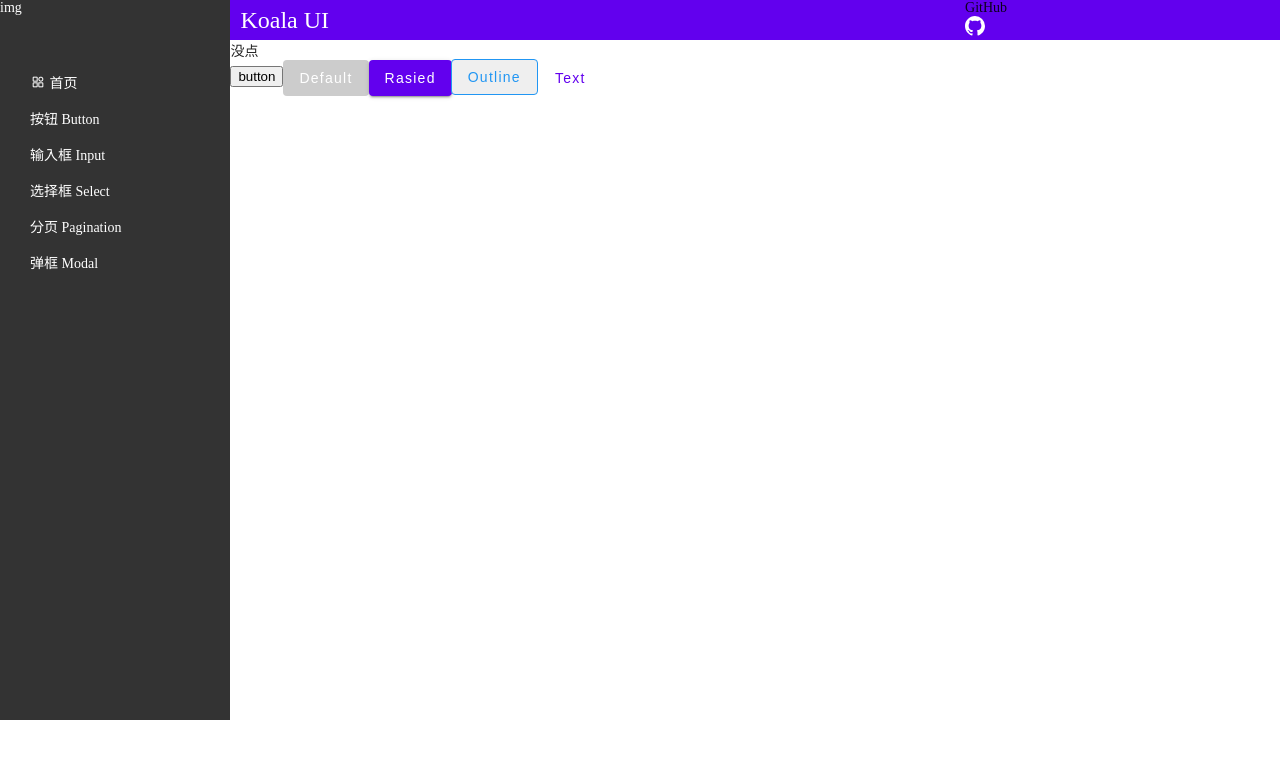
Repository: wyhsunflower/koalaUI
Page: /
These files come from the project's save history. The page is drawn as it stood at one moment and after the next save; the edit follows.
The browser window is 1280 px wide. The pictures show the whole page.
The project was rebuilt for these pictures with package versions that can differ from the ones it lists, and the page was loaded fresh each time. Also part of the build but not shown: webpack.config.js, src/components/Modal/Modal.vue. Imported but missing from the stored project, and not drawn on this page: src/views/go/go2.vue.

Above is the page before, as saved 2020-03-15 21:38:46.

### index.html
<!DOCTYPE html>
<html lang="en">
<head>
    <meta charset="UTF-8">
    <title>koala's UI</title>
</head>
<body>
<div id="app"></div>
</body>
</html>

### src/index.js
import Vue from 'vue';
import App from './app';
import './components/components.js'
import './styles/global.scss';
import './styles/iconfont/icon.scss'
import router from './router/route';


new Vue({
    router,
    render(h) {
        return h(App);
    }
}).$mount('#app');

### src/app.vue
<template>
    <div id="app" class="container">
        <SideBar></SideBar>
        <div class="right">
            <Header></Header>
            <div class="main">
                <transition>
                 <router-view></router-view>
                </transition>
            </div>
        </div>
    </div>
</template>
<script>
    import SideBar from './SideBar';
    import Header from './Header';
    export default {
        name: "app",
        components:{
            SideBar,
            Header
        },
    }
</script>

<style lang="scss" scoped>
    @import "styles/global";
    .container{
        width: 100%;
        display: flex;
        flex-flow: row nowrap;
        height: 100%;
    }
    .right{
        width: 82%;
        height: 100%;
    }
        .main{
            width: 100%;
            height: 100%;
        }
</style>

### src/components/components.js
import Vue from 'vue'
import Button from './Button/Button';
import Modal from './Modal/Modal';

Vue.component('Button',Button);
Vue.component('Modal',Modal);

### src/styles/global.scss
$font-color: rgba(0,0,0, 0.87);
$color-btn-default:#ccc;
$color-btn-primary:#2196f3;
$color-btn-custom:#6200ee;
* {
    box-sizing: border-box;
}
html, body {
    margin: 0;
    padding: 0;
    font-size: 14px;
}
html{
    width: 100%;
    height: 100%;
    outline: none;
    font-size: 14px;
}
body {
    color: $font-color;
    font-size: 14px;
    height: 100%;
    width: 100%;
}
.koala-button{

    -moz-osx-font-smoothing: grayscale;
    -webkit-font-smoothing: antialiased;
    font-size: 1rem;
    line-height: 2.25rem;
    font-weight: 500;
    letter-spacing: .0892857143em;
    text-decoration: none;
    display: inline-flex;
    position: relative;
    align-items: center;
    justify-content: center;
    box-sizing: border-box;
    min-width: 64px;
    border: none;
    outline: none;
    line-height: 1;
    -webkit-user-select: none;
    -moz-user-select: none;
    -ms-user-select: none;
    user-select: none;
    -webkit-appearance: none;
    overflow: visible;
    vertical-align: middle;
    border-radius: 4px;
    cursor: pointer;

    padding: 0 1.145rem;
    min-width: 4.5rem;
    color: #fff;
    height: 2.572rem;
}

### src/styles/iconfont/icon.scss
@font-face {font-family: "iconfont";
  src: url('./iconfont.eot?t=1575969178796'); /* IE9 */
  src: url('./iconfont.eot?t=1575969178796#iefix') format('embedded-opentype'), /* IE6-IE8 */
       url('./iconfont.woff?t=1575969178796') format('woff'),
       url('./iconfont.ttf?t=1575969178796') format('truetype'), /* chrome, firefox, opera, Safari, Android, iOS 4.2+ */
       url('./iconfont.svg?t=1575969178796#iconfont') format('svg'); /* iOS 4.1- */
}
.iconfont {
  font-family: "iconfont" !important;
  font-size: 16px;
  font-style: normal;
  -webkit-font-smoothing: antialiased;
  -moz-osx-font-smoothing: grayscale;
}
.icon-all:before {
  content: "\e6ef";
}

### src/router/route.js
import Router from 'vue-router';
import Vue from 'vue';
//import Home from '../app';
//import Button from '../components/Button/Button';
import Home from '../views/home';


const routerListDir=[];

function importAllRouter(r) {
    r.keys().forEach(
        (key)=>routerListDir.push(r(key).default)
    )
}

importAllRouter(require.context('../router',true,/\.router\.js/));
Vue.use(Router);
console.log(routerListDir);

export default new Router({
    routes: [
        ...routerListDir,
        { path: '/',component:Home},
        //{ path: '/button',component:Button},
    ]
});

### src/SideBar.vue
<template>
    <div class="side">
        <div class="top">
            <div>img</div>
            <!--<img src="./static/img/logo.jpg">-->
        </div>
        <ul class="side-list">
            <li v-for="x of lists">
                <i class="iconfont" :class="x.icon"></i>
                {{x.name}}
            </li>
        </ul>
    </div>
</template>

<script>
    export default {
        name: "SideBar",
        data(){
            return{
                lists:[
                    {
                        name:'首页',
                        icon:'icon-all',
                    },
                    {
                        name:'按钮 Button',
                        icon:'button',
                    },
                    {
                        name:'输入框 Input',
                        icon:'input',
                    },
                    {
                        name:'选择框 Select',
                        icon:'select',
                    },
                    {
                        name:'分页 Pagination',
                        icon:'pagination',
                    },
                    {
                        name:'弹框 Modal',
                        icon:'modal',
                    },
                ],
            }
        },
    }
</script>

<style lang="scss" scoped>
    .side {
        max-width: 300px;
        width: 18%;
        background: rgba(0,0,0,.8);
        height: 100%;
        color: #fff;
    }
    .top {
        height: 50px;
    }
    ul{
        list-style: none;
        padding: 0;
    }
    li{
        padding: 8px 30px;
        &:hover{background: rgba(0,0,0,.2);}
    }
</style>

### src/Header.vue
<template>
    <div class="header">
        <div class="title">Koala UI</div>
        <div class="right">
            <div class="search">GitHub</div>
            <div class="config">
            <svg width="20" height="20" viewBox="0 0 20 20" xmlns="http://www.w3.org/2000/svg"><title>github-circle-white-transparent</title><path d="M10 0C4.477 0 0 4.477 0 10c0 4.42 2.87 8.17 6.84 9.5.5.08.66-.23.66-.5v-1.69c-2.77.6-3.36-1.34-3.36-1.34-.46-1.16-1.11-1.47-1.11-1.47-.91-.62.07-.6.07-.6 1 .07 1.53 1.03 1.53 1.03.87 1.52 2.34 1.07 2.91.83.09-.65.35-1.09.63-1.34-2.22-.25-4.55-1.11-4.55-4.92 0-1.11.38-2 1.03-2.71-.1-.25-.45-1.29.1-2.64 0 0 .84-.27 2.75 1.02.79-.22 1.65-.33 2.5-.33.85 0 1.71.11 2.5.33 1.91-1.29 2.75-1.02 2.75-1.02.55 1.35.2 2.39.1 2.64.65.71 1.03 1.6 1.03 2.71 0 3.82-2.34 4.66-4.57 4.91.36.31.69.92.69 1.85V19c0 .27.16.59.67.5C17.14 18.16 20 14.42 20 10A10 10 0 0 0 10 0z" fill="#FFF" fill-rule="evenodd"/></svg>
            </div>
        </div>
    </div>
</template>

<script>
    export default {
        name: "Header"
    }
</script>

<style lang="scss" scoped>
    .header{
        width: 100%;
        display: flex;
        justify-content: space-between;
        align-items: center;
        background-color:#6200ee;
    }
    .title{
        width: 60%;
        color:#fff;
        font-size:24px;
        padding-left:10px;
    }
    .right{
        width: 30%;
    }
</style>

### src/components/Button/Button.vue
<template>
    <component
            class="koala-button"
            :class="buttonType"
            is="button"
            @click="onClick"
    >
        <slot></slot>
    </component>
</template>

<script>
    //type color icon
    export default {
        name: "Button",
        // ['type','color','diabled','size'],
        props: {
            type:{
                type: String,
                default:'default', // 'default', 'rasied , 'text', 'outline'
            },
            color:{
                type: String,
                default: 'default', // 'default', 'primary', 'custom'
            },
            size:{
                type: String,
                default: 'normal' // 'small', 'normal', 'large','custom'
            },
            disabled: {
                type: Boolean,
                default: false
            }
        },
        data(){
            return{
            }
        },
        components:{

        },
        computed:{
            buttonType(){
                const buttonClass = {
                    "outline": [`koala-button-${this.type}`,`koala-button-ouline-color-${this.color}`],
                    "text": [`koala-button-${this.type}`,`koala-button-text-color-${this.color}`],
                    "default": [`koala-button-${this.type}`,`koala-button-color-${this.color}`],
                    "rasied": [`koala-button-${this.type}`,`koala-button-color-${this.color}`],
                }
                return buttonClass[this.type]
            },
        },
        methods:{
            onClick(e){
                this.$emit('click', e);
            }
        },
        mounted(){
        },
    }
</script>

<style lang="scss" scoped >
    @import "../../styles/global.scss";
// .koala-button{
//     background-color:#ccc;
//     min-width: 4.5rem;
//     border-radius: .25rem;
//     color: #fff;
//     font-size: .875rem;
//     font-weight: 300;
//     box-sizing: border-box;
//     position: relative;
//     -webkit-user-select: none;
//     -moz-user-select: none;
//     -ms-user-select: none;
//     user-select: none;
//     cursor: pointer;
//     outline: none;
//     border: none;
//     -webkit-tap-highlight-color: transparent;
//     display: inline-block;
//     white-space: nowrap;
//     text-decoration: none;
//     vertical-align: baseline;
//     text-align: center;
//     margin: 0;
//     min-width: 64px;
//     line-height: 36px;
//     padding: 0 16px;
//     border-radius: 4px;
//     overflow: visible;
//     transform: translate3d(0, 0, 0);
//     transition: background 400ms cubic-bezier(0.25, 0.8, 0.25, 1),box-shadow 280ms cubic-bezier(0.4, 0, 0.2, 1);
// }
    .koala-button-default{
        box-shadow: 0 0 0 0 rgba(0,0,0,.2), 0 0 0 0 rgba(0,0,0,.14), 0 0 0 0 rgba(0,0,0,.12);
    }
    .koala-button-rasied{
        box-shadow: 0px 3px 1px -2px rgba(0, 0, 0, 0.2), 0px 2px 2px 0px rgba(0, 0, 0, 0.14), 0px 1px 5px 0px rgba(0,0,0,.12);
        transition: box-shadow 280ms cubic-bezier(0.4, 0, 0.2, 1);
    }
    .koala-button-text{
        background-color: transparent;
        // color: $color-btn-primary;
    }
    .koala-button-outline{
        top: -1px;
        left: -1px;
        // border: 1px solid transparent;
        // color:$color-btn-primary;
        // border-color: $color-btn-primary;
    }
    .koala-button-color-default{
        background-color:$color-btn-default;
    }
    .koala-button-color-primary{
        background-color:$color-btn-primary;
    }
    .koala-button-color-custom{
        background-color:$color-btn-custom;
    }
    .koala-button-ouline-color-default{
        border: 1px solid transparent;
        color:$color-btn-default;
        border-color: $color-btn-default;
    }
    .koala-button-ouline-color-primary{
        border: 1px solid transparent;
        color:$color-btn-primary;
        border-color: $color-btn-primary;
    }
    .koala-button-ouline-color-custom{
        border: 1px solid transparent;
        color:$color-btn-custom;
        border-color: $color-btn-custom;
    }
    .koala-button-text-color-default{
        color: $color-btn-default;
    }
    .koala-button-text-color-primary{
        color: $color-btn-primary;
    }
    .koala-button-text-color-custom{
        color: $color-btn-custom;
    }
</style>

### src/views/home.vue
<template>
    <div class="main-container">
        <div>{{message}}</div>
        <button @click="showModal">button</button>
        <Modal v-if="modal" :self="this" :confirmCallback="confirmWay" :cancelCallback="cancelWay">
            <div>Modal组件</div>
            <div>Modal组件</div>
            <div>Modal组件</div>
            <div>Modal组件</div>
            <div>Modal组件</div>
            <div>Modal组件</div>
        </Modal>
        <Button @click="clicked('default')" type="default" color="default">Default</Button>
        <Button @click="clicked('rasied')" type="rasied" color="custom">Rasied</Button>
        <Button @click="clicked('outline')" type="outline" color="primary">Outline</Button>
        <Button @click="clicked('text')" type="text" color="custom">Text</Button>
    </div>
</template>

<script>
    // import Modal from '../components/Modal/Modal.vue'
    // import Button from '../components/Button/Button.vue'
    export default {
        name: "home",
        data(){
            return{
                modal:false,
                message:'没点'
            }
        },
        // components:{
        //     Button
        // },
        methods:{
            showModal(){
                this.modal = true
            },
            confirmWay(){
                this.message = '确定'
            },
            cancelWay(){
                this.message = '取消了'
            },
            clicked(name){
                alert(name)
            },
        },
    }
</script>

<style scoped>

</style>

### src/router/button.router.js
import Button from '../components/Button/Button';
export default {
    path: '/button',
    name: 'button',
    component:Button,
    children:[]
}

### src/router/modal.router.js
import Modal from '../components/Modal/Modal';
export default {
    path: '/modal',
    name: 'modal',
    component:Modal,
}

### src/router/sample.router.js
import Sample from '../views/go/go2.vue';
export default {
    path: '/sample',
    name: 'sample',
    component:Sample,
}

After the next save:
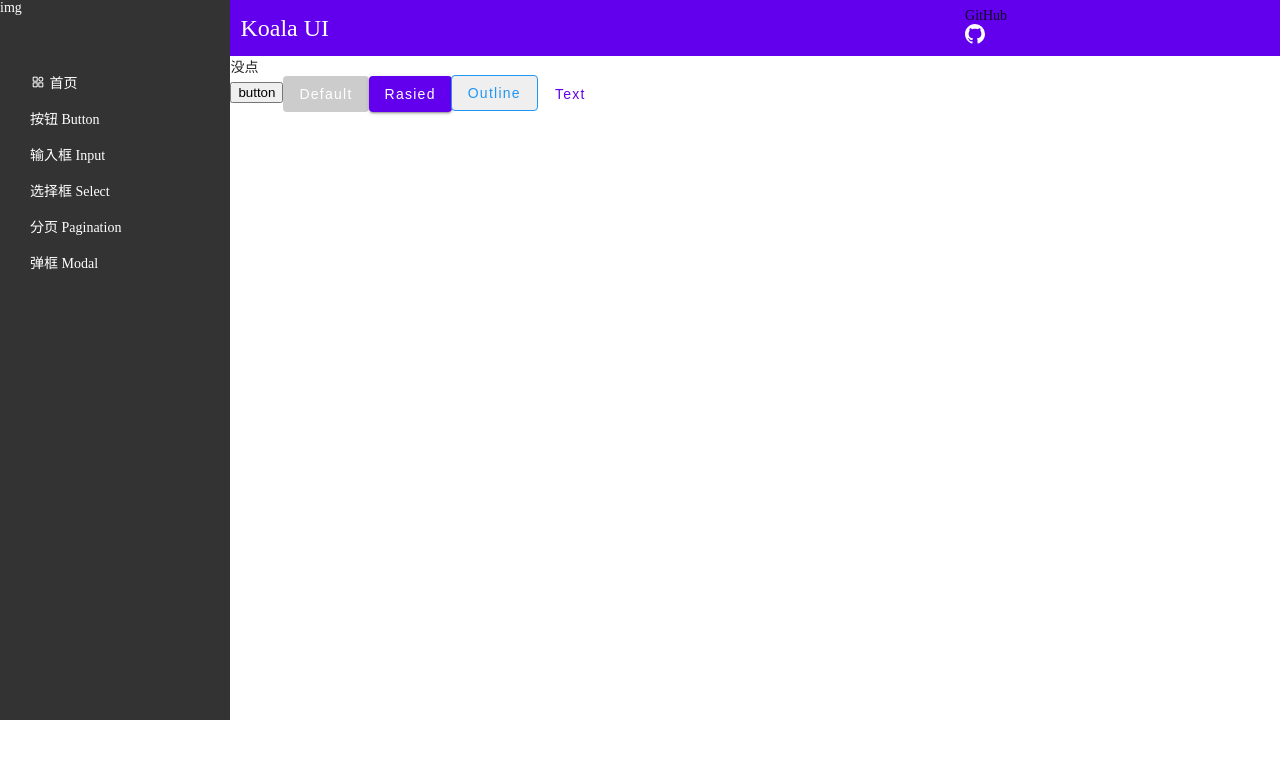
Saved 50 s later.
--- a/src/Header.vue
+++ b/src/Header.vue
@@ -23,6 +23,7 @@
         justify-content: space-between;
         align-items: center;
         background-color:#6200ee;
+        height:56px;
     }
     .title{
         width: 60%;
